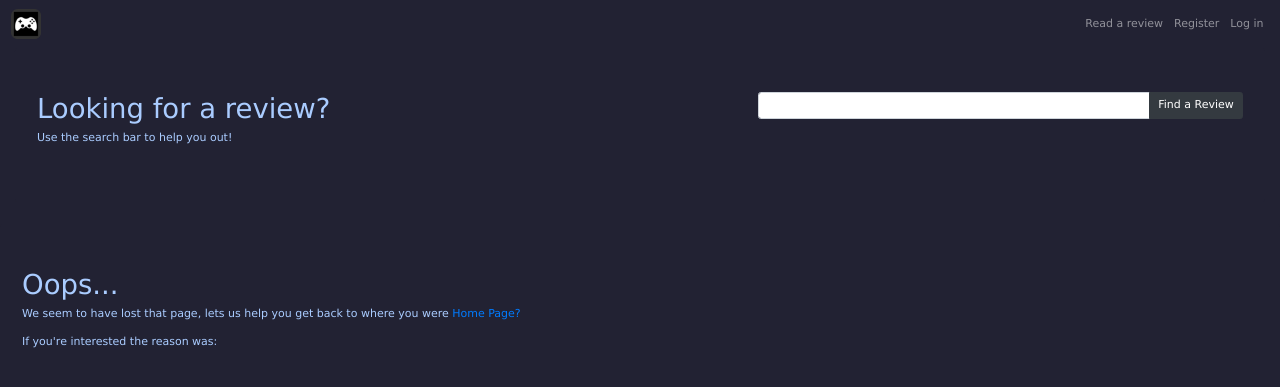
Repository: amit238/milestone-project-3
Page: templates/404.html
The author's editor kept a record of every edit. The page is drawn from the files as they stood at one moment, then again after the next edit.
The browser window is 1280 px wide. The pictures show the whole page.
Some web libraries are served in a nearby version. The page is served by the project's application, run on Flask 3 (app.py). Other server files are loaded and not shown. The template is opened directly, without the code that normally fills it, so the values that code supplies are empty.

Above is the page before.

### templates/404.html
 {% extends "base.html" %} {% block content %}
<div class="jumbotron">
    <div class="row">
        <div class="col-12">
            <h1>Oops...</h1>
            <p>We seem to have lost that page, lets us help you get back to where you were <a href="{{ url_for('index', title=" Home ") }}">Home Page?</a></p>
            <p>If you're interested the reason was:</p>
            <p>{{ exception }}</p>
        </div>
    </div>
</div>
{% endblock %}

### templates/base.html
<!DOCTYPE html>
<html lang="en">

<head>
  <meta charset="UTF-8">
  <meta name="viewport" content="width=device-width, initial-scale=1.0">
  <meta http-equiv="X-UA-Compatible" content="ie=edge"> {% if title %}
  <title>GameScan - {{ title }} </title>
  {% else %}
  <title>Welcome to GameScan!</title>
  {% endif %}
  <link rel="stylesheet" href="https://maxcdn.bootstrapcdn.com/bootstrap/4.2.1/css/bootstrap.min.css" type="text/css" />
  <link rel="stylesheet" href="https://use.fontawesome.com/releases/v5.0.10/css/all.css" integrity="sha384-+d0P83n9kaQMCwj8F4RJB66tzIwOKmrdb46+porD/OvrJ+37WqIM7UoBtwHO6Nlg" crossorigin="anonymous">
  <link rel="stylesheet" href="{{url_for('static', filename='css/style.css')}}" type="text/css" />
  <link rel="shortcut icon" type="image/ico" href="{{ url_for('static', filename='img/favicon.ico') }}" />
</head>

<body>

  <header>
    <nav class="navbar navbar-expand-lg navbar-dark bg-custom ">
      <a class="navbar-brand" href="{{ url_for('index') }}">
       <img src="{{ url_for('static', filename='img/favicon.ico') }}" width="30" height="30" alt="">
  </a>
      <button class="navbar-toggler" type="button" data-toggle="collapse" data-target="#navbarNavAltMarkup" aria-controls="navbarNavAltMarkup" aria-expanded="false" aria-label="Toggle navigation">
    <span class="navbar-toggler-icon"></span>
  </button>
      <div class="collapse navbar-collapse" id="navbarNavAltMarkup">
        <div class="navbar-nav ml-auto">
          <!--Being 'logged in' will show different links-->
          {% if session['logged_in'] == True %}
          <a class="nav-item nav-link" href="{{ url_for('reviews') }}">Read a review</a>
          <a class="nav-item nav-link" href="{{ url_for('addreview') }}">Write a review</a>
          <a class="nav-item nav-link" href="{{ url_for('logout') }}">Sign Out</a> {% else %}
          <a class="nav-item nav-link" href="{{ url_for('reviews') }}">Read a review</a>
          <a class="nav-item nav-link" href="{{ url_for('register') }}">Register</a>
          <a class="nav-item nav-link" href="{{ url_for('login') }}">Log in</a> {% endif %}
        </div>
      </div>
    </nav>
    <div class="container-fluid">
      <div class="jumbotron">
        <div class="row">
          <div class="col-lg-7">
            <h1>Looking for a review?</h1>
            <p>Use the search bar to help you out!</p>
          </div>
          <div class="col-lg-5">
            <form class="input-group mb-3" action="{{ url_for('search') }}" method="POST">
              <input class="form-control" type="text" name="query" />
              <div class="input-group-append">
                <button class="btn btn-dark" type="submit">Find a Review</button>
              </div>
            </form>
          </div>
        </div>
      </div>
    </div>
    {% with messages = get_flashed_messages() %} {% if messages %}
    <ul>
      {% for message in messages %}
      <li class="alert-warning">{{ message }}</li>
      {% endfor %}
    </ul>
    {% endif %} {% endwith %} {% block content %} {% endblock %}
  </header>
  <script src="https://code.jquery.com/jquery-3.5.1.js" integrity="sha256-QWo7LDvxbWT2tbbQ97B53yJnYU3WhH/C8ycbRAkjPDc=" crossorigin="anonymous"></script>
  <script src="https://cdnjs.cloudflare.com/ajax/libs/popper.js/1.14.6/umd/popper.min.js" integrity="sha384-wHAiFfRlMFy6i5SRaxvfOCifBUQy1xHdJ/yoi7FRNXMRBu5WHdZYu1hA6ZOblgut" crossorigin="anonymous"></script>
  <script src="https://stackpath.bootstrapcdn.com/bootstrap/4.2.1/js/bootstrap.min.js" integrity="sha384-B0UglyR+jN6CkvvICOB2joaf5I4l3gm9GU6Hc1og6Ls7i6U/mkkaduKaBhlAXv9k" crossorigin="anonymous"></script>
</body>

</html>

### app.py
import os
if os.path.exists("env.py"):
  import env
from flask import Flask, render_template, redirect, request, url_for, flash, session
from forms import LoginForm, RegisterForm, ReviewGameForm
from flask_pymongo import PyMongo
from bson.objectid import ObjectId
import re
import bcrypt

app = Flask(__name__)
app.config["MONGO_DBNAME"] = 'game_scan'
app.config["MONGO_URI"] = os.environ.get('MONGO_URI')

mongo = PyMongo(app)

SECRET_KEY = os.urandom(32)
app.config['SECRET_KEY'] = SECRET_KEY



@app.route('/reviews')
def reviews():
    return render_template('reviews.html', title="Read a review!", game_reviews=mongo.db.game_reviews.find())







@app.route('/')
def index():
    return render_template('index.html', title="Home")






# Adding Log in

@app.route('/login', methods=['GET', 'POST'])
def login():
    """Login handler"""
    if session.get('logged_in'):
        if session['logged_in'] is True:
            return redirect(url_for('index', title="Log In"))

    form = LoginForm()

    if form.validate_on_submit():
        # get all users
        users = mongo.db.users
        # try and get one with same name as entered
        db_user = users.find_one({'name': request.form['username']})

        if db_user:
            # check password using hashing
            if bcrypt.hashpw(request.form['password'].encode('utf-8'),
                             db_user['password']) == db_user['password']:
                session['username'] = request.form['username']
                session['logged_in'] = True
                flash('You have successfully logged in!')
                # successful redirect to home logged in
                return redirect(url_for('index', title="Sign In", form=form))
            # must have failed set flash message
            flash('Invalid username/password combination')
    return render_template("login.html", title="Sign In", form=form)





@app.route('/logout')
def logout():
    """Clears session and redirects to home"""
    session.clear()
    return redirect(url_for('index'))





# Adding in Register form

@app.route('/register', methods=['GET', 'POST'])
def register():
    """Handles registration functionality"""
    form = RegisterForm(request.form)
    if form.validate_on_submit():
        # get all the users
        users = mongo.db.users
        # see if we already have the entered username
        existing_user = users.find_one({'name': request.form['username']})

        if existing_user is None:
            # hash the entered password
            hash_pass = bcrypt.hashpw(request.form['password'].encode('utf-8'), bcrypt.gensalt())
            # insert the user to DB
            users.insert_one({'name': request.form['username'],
                          'password': hash_pass,
                          'email': request.form['email']})
            session['username'] = request.form['username']
            session['logged_in'] = True
            # Logs user in after registering
            return redirect(url_for('index'))
        # duplcate username set flash message and reload page
        flash('Sorry, that username is already taken - use another')
        return redirect(url_for('register'))
    return render_template('register.html', title='Register', form=form)





# Adding a review

@app.route('/addreview', methods=['GET', 'POST'])
def addreview():

   # If user gets onto the add page but not logged in

    if 'logged_in' not in session:
        flash('To add a review you need to sign in')
        return redirect(url_for('login'))

   # If form submits successfully

    form = ReviewGameForm(request.form)
    if request.method == 'POST':
        game_reviews=mongo.db.game_reviews
        print('inside')
        print('rating:' + request.form['rating'])
        # import pdb; pdb.set_trace()
        # add form content to db as a new record
        game_reviews.insert_one({
            'user_created': session['username'],
            'name': request.form['name'],
            'genre': request.form['genre'],
            'rating': request.form['rating'],
            'description': request.form['description'],
            })

        flash('Your Review has been added ', 'success')

        # send to my reviews template on successful add
        return redirect(url_for('reviews'))

    return render_template('addreview.html', form=form,
                           title='Add a Review')





# Editing a review

@app.route('/editreview/<id>', methods=['GET', 'POST'])
def editreview(id):


    a_reivew = mongo.db.game_reviews.find_one({'_id': ObjectId(id)})
    # retrieving record from db


    form = ReviewGameForm(data=a_reivew)

    if form.validate_on_submit():  # if form submits successfully
        game_reviews = mongo.db.game_reviews


        # add form content to db as a new record
        game_reviews.update_one({'_id': ObjectId(id)}, {'$set': {
            'name': request.form['name'],
            'genre': request.form['genre'],
            'rating': request.form['rating'],
            'description': request.form['description'],
            }})
        flash('Your review has been updated!', 'success')

        # send to my review template on successful addupdate
        return redirect(url_for('reviews', id=id))

    return render_template('editreview.html', form=form,
                           title='Edit a  Review!')


# Delete a review

# If user is logged in and wants to delete a review

@app.route('/deletereview/<id>', methods=['GET', 'POST'])
def deletereview(id):

    flash("Your review has been removed!.")
    mongo.db.game_reviews.delete_one({'_id': ObjectId(id)})
    return redirect(url_for('index'))

# Adding a Search bar to my reviews page


@app.route('/search', methods=['POST'])
def search():
    # This creates an index in each of the fields in the collect to perform a text search on them
    mongo.db.game_reviews.create_index([('description', 'text'), ('name','text'), ('genre', 'text'),])

    query = request.form.get('query')
    game_reviews = mongo.db.game_reviews.find({'$text': {'$search': query}})
    return render_template('reviews.html', game_reviews=game_reviews, type='search', query=query)




# Adding a 404 error page

''' If user goes onto a page that doesnt exist on the app '''

@app.errorhandler(404)
def handle_404(exception):
    return render_template('404.html', exception=exception, title="404 Error")

if __name__ == '__main__':
    app.run(host=os.environ.get('IP'),
            port=int(os.environ.get('PORT')),
            debug=False)

### static/css/style.css
html {
  font-size: 11px;
}

body {
  padding: 0;
  margin: 0;
  background-color: #222233;
  font-family: "Lucida Sans Unicode", "Lucida Grande", sans-serif;
  ;
}
/*----Jumbotron----*/

.jumbotron {
  background-color: #222233;
  color: #AACCFF;
}

/*----Homepage----*/

.padding-text-align {
  padding-top: 5rem;
  text-align: center;
}

.homepage-card {
  font-size: large;
  background-color: rgba(34, 34, 51, 0.5);
  border-radius: 2rem;
  border-width: thick;
  animation: fade-cards-in 2s ease-out;
  margin-bottom: 5rem;
  color: #AACCFF
}

@keyframes fade-cards-in {
  0% {
    opacity: .5;
    transform: translateY(30rem);
  }
  80% {
    transform: translateY(3rem);
  }
  100% {
    opacity: 1;
    transform: translate(0);
  }
}

.background {
  background-image: url('../img/night.jpg');
  background-color: #222233;
  background-size: cover;
  background-repeat: no-repeat;
  height: 160vh;
}

.homepage {
  padding-top: 15rem;
  text-align: center;
}

/*----Add Review----*/
/*-some css also in reviews.html to stop repeating-*/

.form-bg {
  background-color: #222233;
  margin-top: 2rem;
}

.thick-border {
  border-width: thick;

}

.form-text {
  color: #AACCFF;
  font-size: 1.4rem;
  border-width: thick;
}

.form-btn {
  text-align: center;
  background-color: #222233;
}

.center-header {
  text-align: center;
}


/*----Reviews----*/

.center {
  text-align: center;
  border-width: thick;
}

.description {
  margin-top: 2rem;
  text-align: left;
}

.review-title {
  font-weight: 900;
}


/*----Register----*/
/*-some css also in other html pages to stop repeating-*/

.color-center {
  color: #AACCFF;
  text-align: center;
}

.padding-top {
  padding-top: 1rem;
}


.border-box {
  border-radius: 1rem;
}

After the next edit:
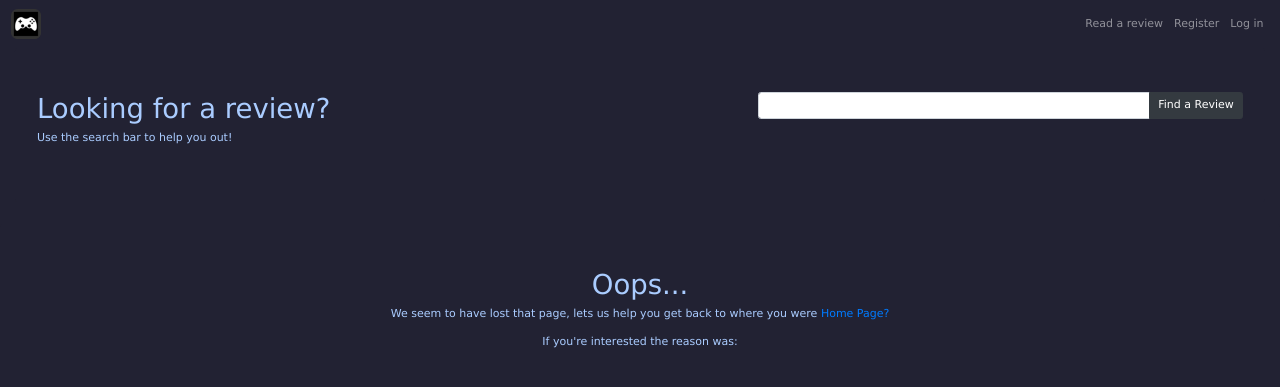
The edit:
--- a/templates/404.html
+++ b/templates/404.html
@@ -1,5 +1,5 @@
  {% extends "base.html" %} {% block content %}
-<div class="jumbotron">
+<div class="jumbotron center-header">
     <div class="row">
         <div class="col-12">
             <h1>Oops...</h1>
